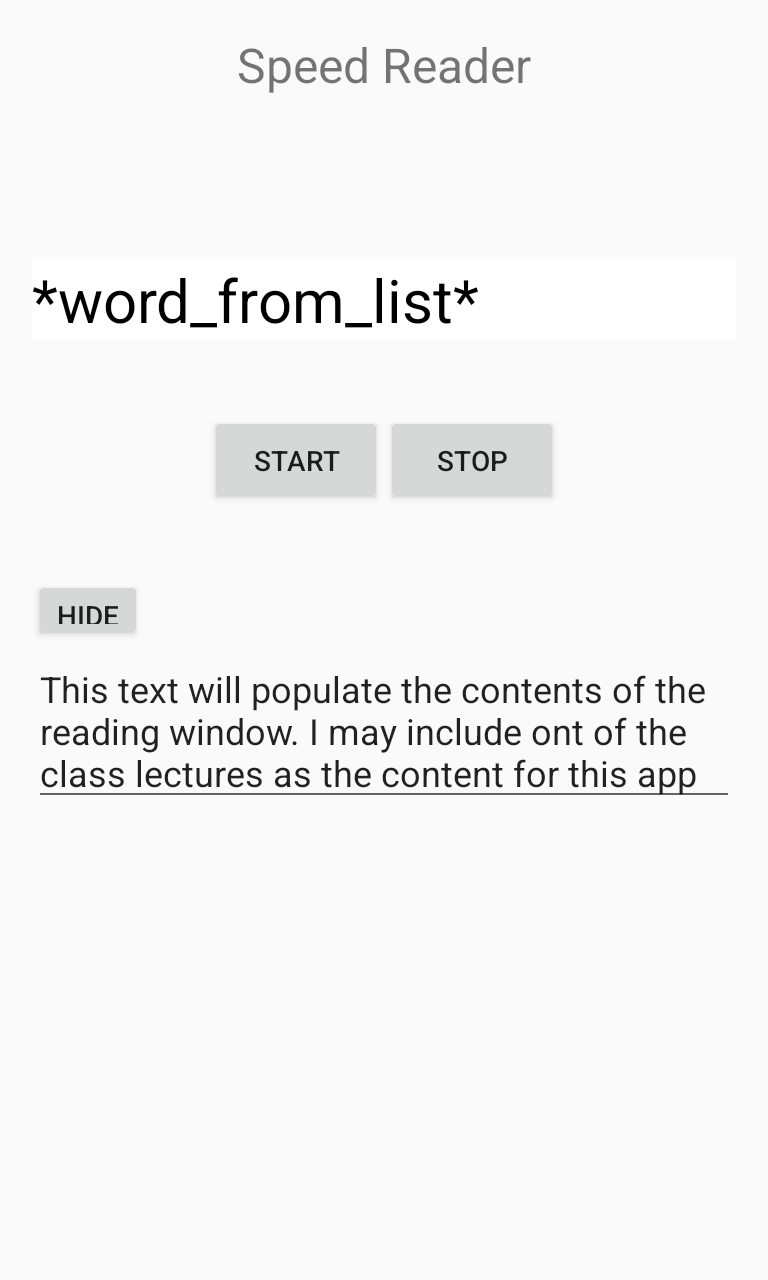
Repository: hdemby/workspace
Layout: SpeedReader/res/layout/activity_main.xml
These files come from the project's save history. The layout is drawn as it stood at one moment and after the next save; the edit follows.
It is drawn on a 768 x 1280 px phone screen (xhdpi) without system bars, with theme AppTheme; the app's code is not run. The app's manifest (not shown) leaves right-to-left support off. So textAlignment, textDirection and layoutDirection are ignored, and left and right values win over start and end ones.

Above is the layout before, as saved 2014-12-03 18:44:57.

### SpeedReader/res/layout/activity_main.xml
<RelativeLayout xmlns:android="http://schemas.android.com/apk/res/android"
    xmlns:tools="http://schemas.android.com/tools"
    android:layout_width="wrap_content"
    android:layout_height="wrap_content"
    android:paddingBottom="@dimen/activity_vertical_margin"
    android:paddingLeft="@dimen/activity_horizontal_margin"
    android:paddingRight="@dimen/activity_horizontal_margin"
    android:paddingTop="@dimen/activity_vertical_margin"
    tools:context="coursera.speedreader.MainActivity" >

    <LinearLayout
        android:id="@+id/linearLayout1"
        android:layout_width="wrap_content"
        android:layout_height="wrap_content"
        android:layout_centerHorizontal="true"
        android:layout_marginTop="154dp"
        android:orientation="vertical" >
    </LinearLayout>

    <LinearLayout
        android:id="@+id/linearLayout3"
        android:layout_width="wrap_content"
        android:layout_height="wrap_content"
        android:layout_alignTop="@+id/linearLayout1"
        android:layout_centerHorizontal="true"
        android:layout_marginTop="36dp" >

        <Button
            android:id="@+id/button1"
            android:layout_width="wrap_content"
            android:layout_height="wrap_content"
            android:layout_marginBottom="34dp"
            android:text="@string/start_btn" />

        <Button
            android:id="@+id/button2"
            android:layout_width="wrap_content"
            android:layout_height="wrap_content"
            android:text="@string/stop_btn" />
    </LinearLayout>

    <LinearLayout
        android:layout_width="match_parent"
        android:layout_height="wrap_content"
        android:layout_below="@+id/linearLayout3"
        android:layout_centerHorizontal="true"
        android:orientation="vertical" >

        <Button
            android:id="@+id/button3"
            style="?android:attr/buttonStyleSmall"
            android:layout_width="56dp"
            android:layout_height="34dp"
            android:text="@string/hide_btn" />

        <EditText
            android:id="@+id/editText2"
            android:layout_width="match_parent"
            android:layout_height="wrap_content"
            android:clickable="false"
            android:ems="10"
            android:focusable="false"
            android:focusableInTouchMode="false"
            android:inputType="textMultiLine"
            android:scrollbars="vertical"
            android:text="@string/content_text" />
    </LinearLayout>

    <TextView
        android:id="@+id/textView1"
        android:layout_width="wrap_content"
        android:layout_height="wrap_content"
        android:layout_alignParentTop="true"
        android:layout_centerHorizontal="true"
        android:text="@string/app_name"
        android:textSize="24sp" />

    <TextView
        android:id="@+id/TextView01"
        android:layout_width="match_parent"
        android:layout_height="wrap_content"
        android:layout_above="@+id/linearLayout3"
        android:layout_alignParentStart="true"
        android:layout_centerHorizontal="true"
        android:layout_toStartOf="@dimen/activity_horizontal_margin"
        android:background="#ffffffff"
        android:text="@string/window_word"
        android:textAlignment="center"
        android:textColor="#ff000000"
        android:textSize="30sp" />

</RelativeLayout>

### SpeedReader/res/values/strings.xml
<?xml version="1.0" encoding="utf-8"?>
<resources>

    <string name="app_name">Speed Reader</string>
    <string name="hello_world">Hello world!</string>
    <string name="action_settings">Settings</string>
    <string name="window_word">*word_from_list*</string>
    <string name="content_text">
        This text will populate the contents of the reading window.
        I may include ont of the class lectures as the content for this app</string>
    <string name="file_text">This will be the text that is displayed word by word in the reading window. It will eventually be provided by reading a text file stored on the device. The words will be presented one at a time at a set rate of speed with an extra pause at the end of a sentence. I will later add controls to review wind the text to the last sentence. I will also be adding controls to save the text at the current point so the reader can resume at a later time. The ultimate version will provide feedback on reading rate, percentage completed and time spent reading. </string>
    <string name="start_btn">Start</string>
    <string name="stop_btn">Stop</string>
    <string name="hide_btn">Hide</string>

</resources>

Loaded but not shown: SpeedReader/res/values/styles.xml (common file); SpeedReader/res/values-v11/styles.xml (common file); SpeedReader/res/values-v14/styles.xml (common file); SpeedReader/res/values/dimens.xml (common file); SpeedReader/res/values-w820dp/dimens.xml (common file)

After the next save:
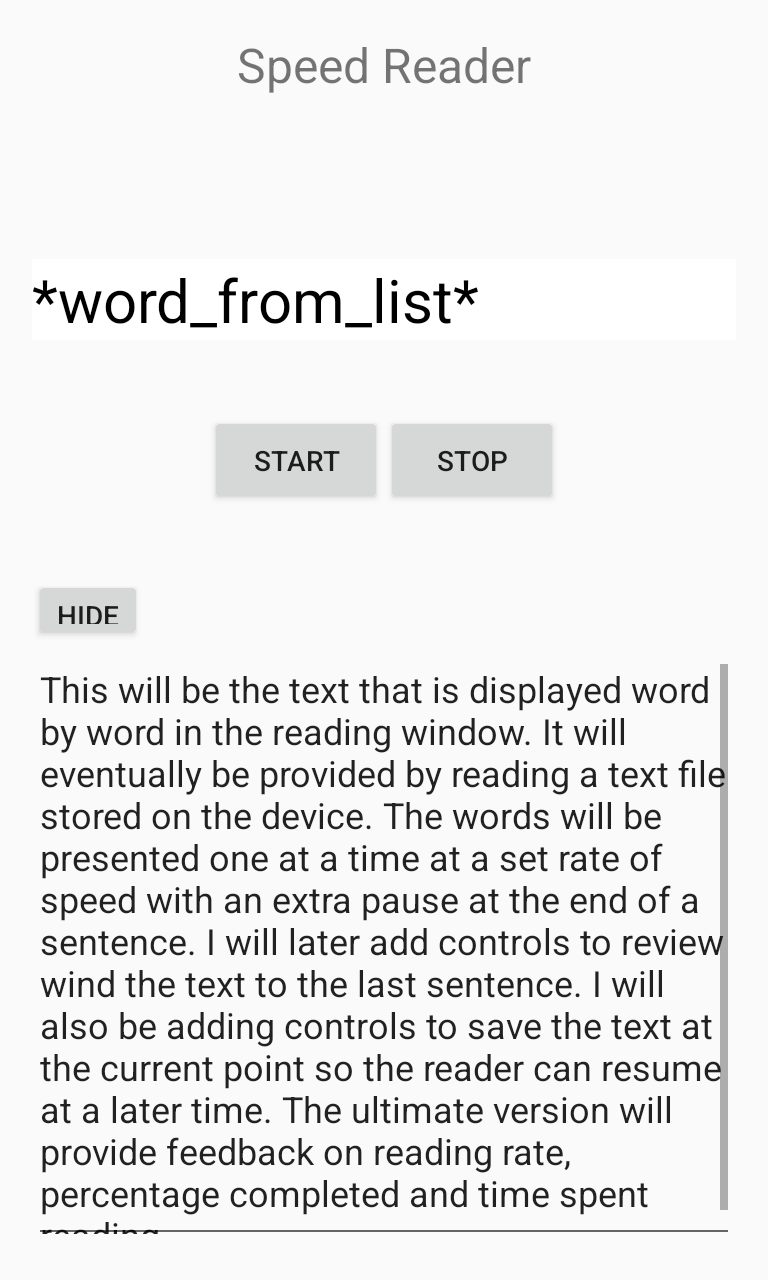
Saved 5 min 15 s later.
--- a/SpeedReader/res/values/strings.xml
+++ b/SpeedReader/res/values/strings.xml
@@ -5,10 +5,13 @@
     <string name="hello_world">Hello world!</string>
     <string name="action_settings">Settings</string>
     <string name="window_word">*word_from_list*</string>
-    <string name="content_text">
-        This text will populate the contents of the reading window.
-        I may include ont of the class lectures as the content for this app</string>
-    <string name="file_text">This will be the text that is displayed word by word in the reading window. It will eventually be provided by reading a text file stored on the device. The words will be presented one at a time at a set rate of speed with an extra pause at the end of a sentence. I will later add controls to review wind the text to the last sentence. I will also be adding controls to save the text at the current point so the reader can resume at a later time. The ultimate version will provide feedback on reading rate, percentage completed and time spent reading. </string>
+    <string name="content_text">This will be the text that is displayed word by word in the reading window.
+        It will eventually be provided by reading a text file stored on the device.
+        The words will be presented one at a time at a set rate of speed with an extra pause at the end
+        of a sentence. I will later add controls to review wind the text to the last sentence.
+        I will also be adding controls to save the text at the current point so the reader can
+        resume at a later time. The ultimate version will provide feedback on reading rate,
+        percentage completed and time spent reading. </string>
     <string name="start_btn">Start</string>
     <string name="stop_btn">Stop</string>
     <string name="hide_btn">Hide</string>
